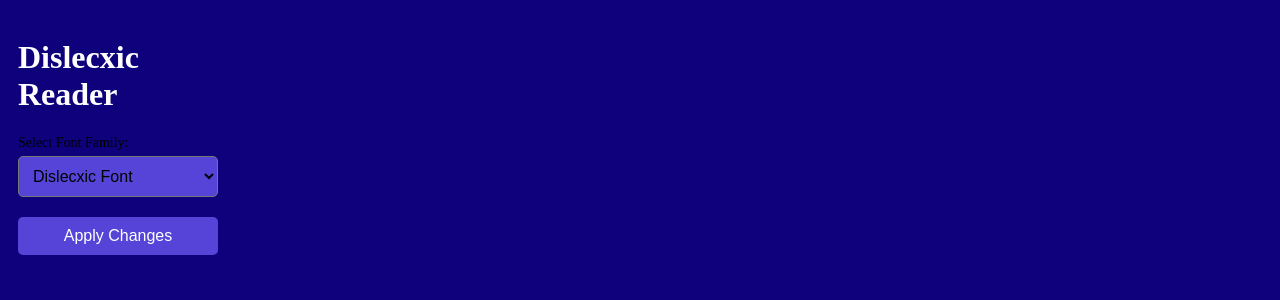
Repository: adatechschool/extension-navigateur-extension_walid_eliana_imelda
Page: Extention 3/popup.html
The author's editor kept a copy of each file at every save. The page is drawn from the files as they stood at one save, then again after the next save.
The browser window is 1280 px wide. The pictures show the whole page.

Above is the page before, as saved 2024-01-12 15:59:02.

After the next save:
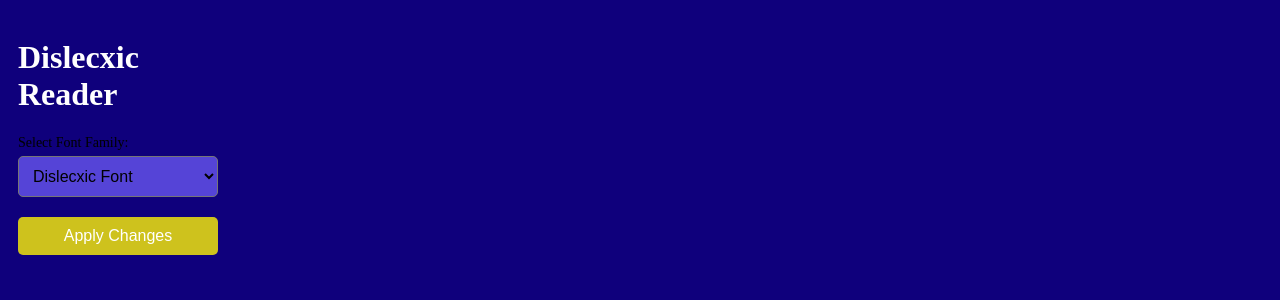
Saved 33 s later.
--- a/Extention 3/popup.css
+++ b/Extention 3/popup.css
@@ -21,7 +21,7 @@
   }
 
   button {
-    background-color: #5544d7;
+    background-color: #cec21d;
     color: white;
     border: 5px;
     cursor: pointer;

After the save that followed:
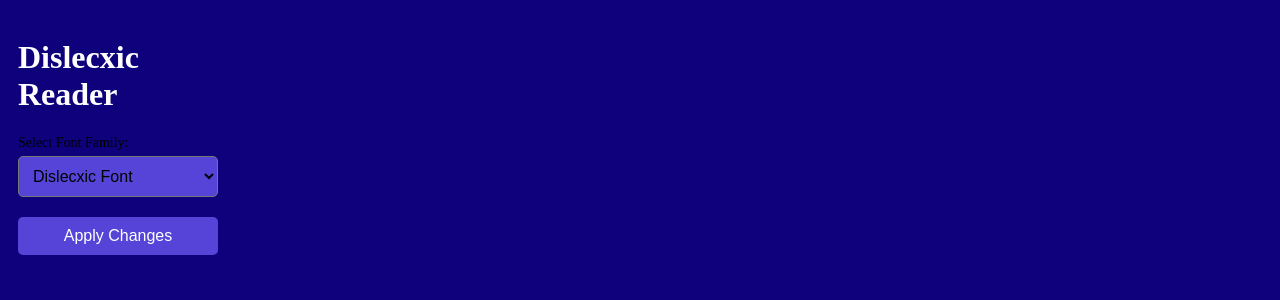
Saved 16 s later.
--- a/Extention 3/popup.css
+++ b/Extention 3/popup.css
@@ -21,7 +21,7 @@
   }
 
   button {
-    background-color: #cec21d;
+    background-color: #5544d7;
     color: white;
     border: 5px;
     cursor: pointer;
